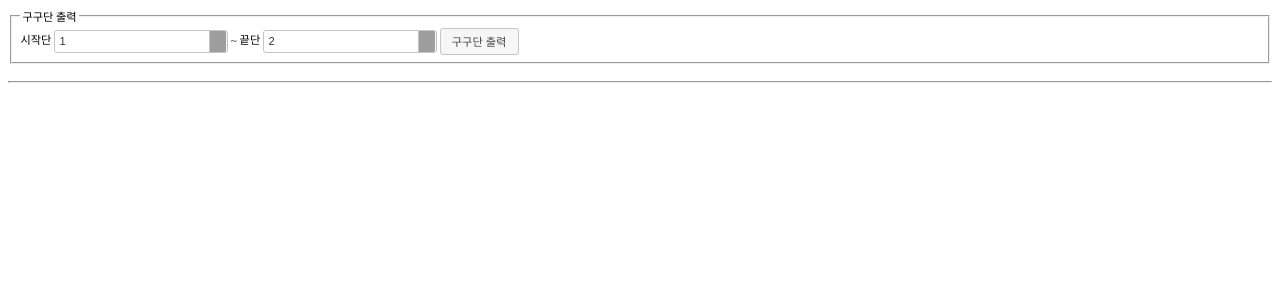
Repository: KYJIN1024/kic_jquery
Page: http://localhost/jQueryUIEx03/zipcode02.jsp
An editor plug-in stored every save of this project. The page is shown before and after the next save, followed by the edit.
The browser window is 1280 px wide. The pictures show the whole page.
Pictures or frames that could not be fetched are drawn as grey boxes. The page is served by Tomcat 9. Other server files are loaded and not shown.

Above is the page before, as saved 2023-05-17 03:28:17.

### jQueryUIEx03/src/main/webapp/zipcode02.jsp
<%@ page language="java" contentType="text/html; charset=UTF-8"
    pageEncoding="UTF-8"%>
<!DOCTYPE html>
<html>
<head>
<meta charset="UTF-8">
<title></title>
<link rel="stylesheet" href="./css/base/jquery-ui.css" />
<style>
	/* 사용자 스타일 */
	body { font-size: 70%; }
</style>

<script src="./js/jquery-3.7.0.js"> </script>
<script src="./js/jquery-ui.js"> </script>
<script>
	$( document ).ready( function(){
		$('#start').spinner();
		$('#end').spinner();
		$('#btn').button();

	});

</script>
</head>
<body>

<fieldset>
	<legend>구구단 출력</legend>
	<label for="spinner1">시작단</label>
	<input type="text" id="start" value="1" readonly="readonly" />
	~
	<label for="spinner1">끝단</label>
	<input type="text" id="end" value="2" readonly="readonly" />
	<button id="btn">구구단 출력</button>
</fieldset>
<br /><hr /><br />
<div id="result"> </div>

</body>
</html>

Loaded but not shown: jQueryUIEx03/src/main/webapp/css/base/jquery-ui.css (library); jQueryUIEx03/src/main/webapp/js/jquery-3.7.0.js (library); jQueryUIEx03/src/main/webapp/js/jquery-ui.js (library)

After the next save:
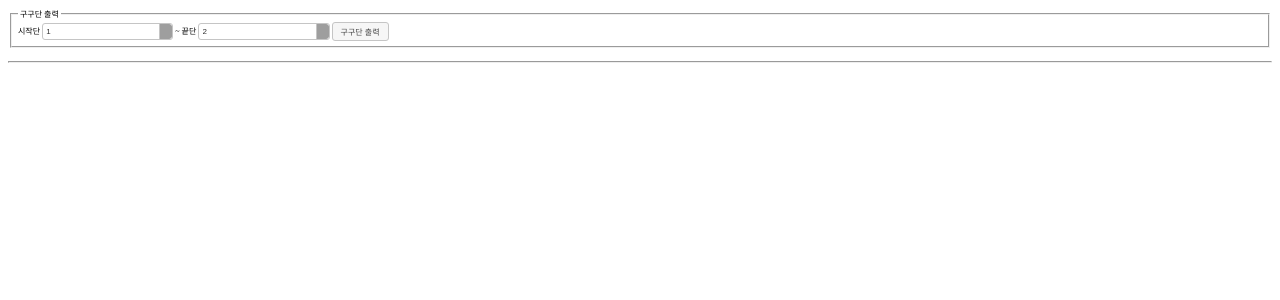
Saved 13 s later.
--- a/jQueryUIEx03/src/main/webapp/zipcode02.jsp
+++ b/jQueryUIEx03/src/main/webapp/zipcode02.jsp
@@ -8,7 +8,7 @@
 <link rel="stylesheet" href="./css/base/jquery-ui.css" />
 <style>
 	/* 사용자 스타일 */
-	body { font-size: 70%; }
+	body { font-size: 50%; }
 </style>
 
 <script src="./js/jquery-3.7.0.js"> </script>
